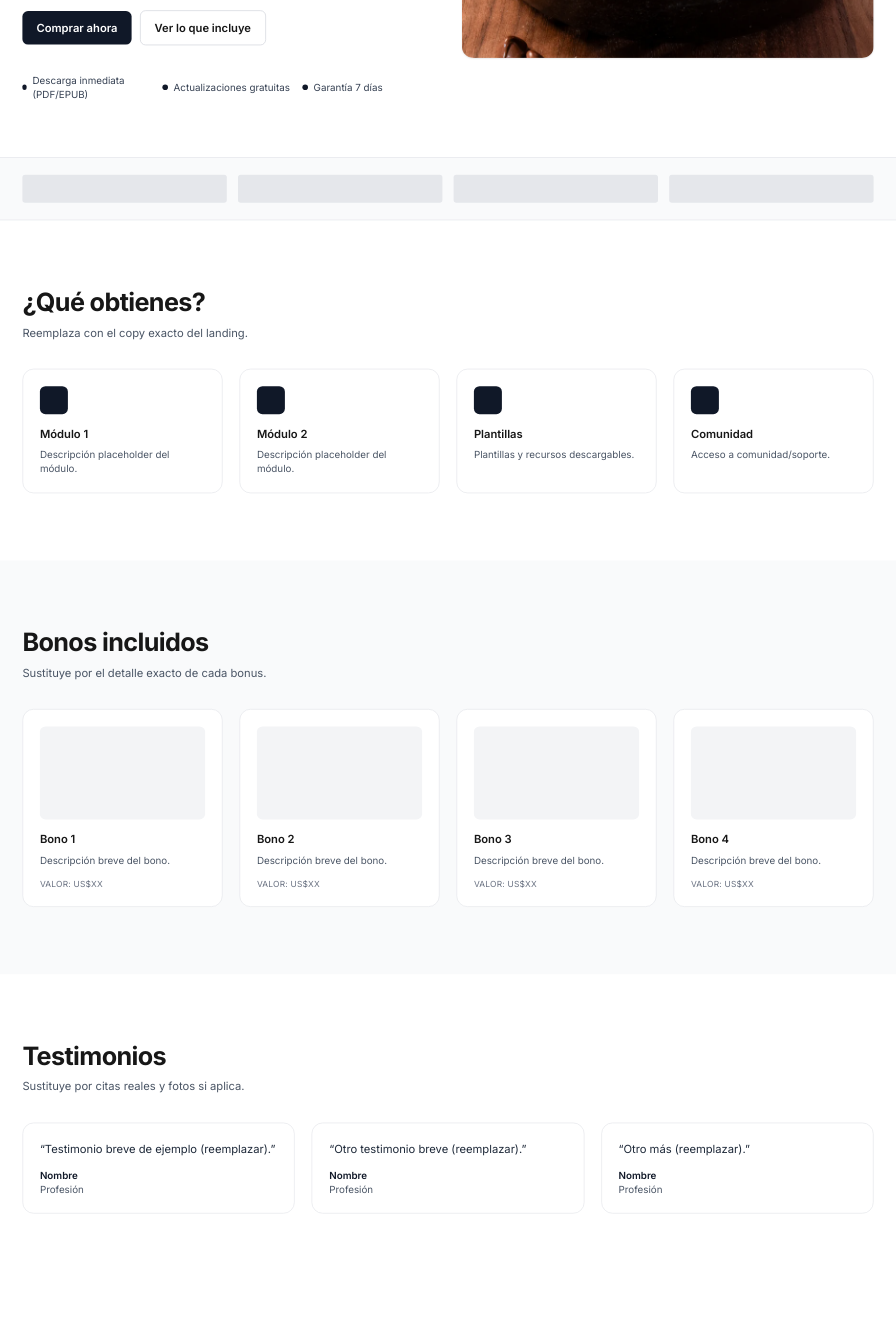
Repository: sazaba/pdfalzate
Page: /
An editor plug-in stored every save of this project. The page is shown before and after the next save, followed by the edit.
The browser window is 1280 px wide. The pictures show the part of the page from y = 564 to 2484 px (the page is 3849 px tall before and 3833 px after), at 70% of full size.
The project was rebuilt for these pictures with package versions that can differ from the ones it lists, and the page was loaded fresh each time. The framework's server and built-in components were replaced by stand-ins that run in the browser. Also part of the build but not shown: next.config.ts.

Above is the page before, as saved 2025-09-24 12:31:23.

After the next save:
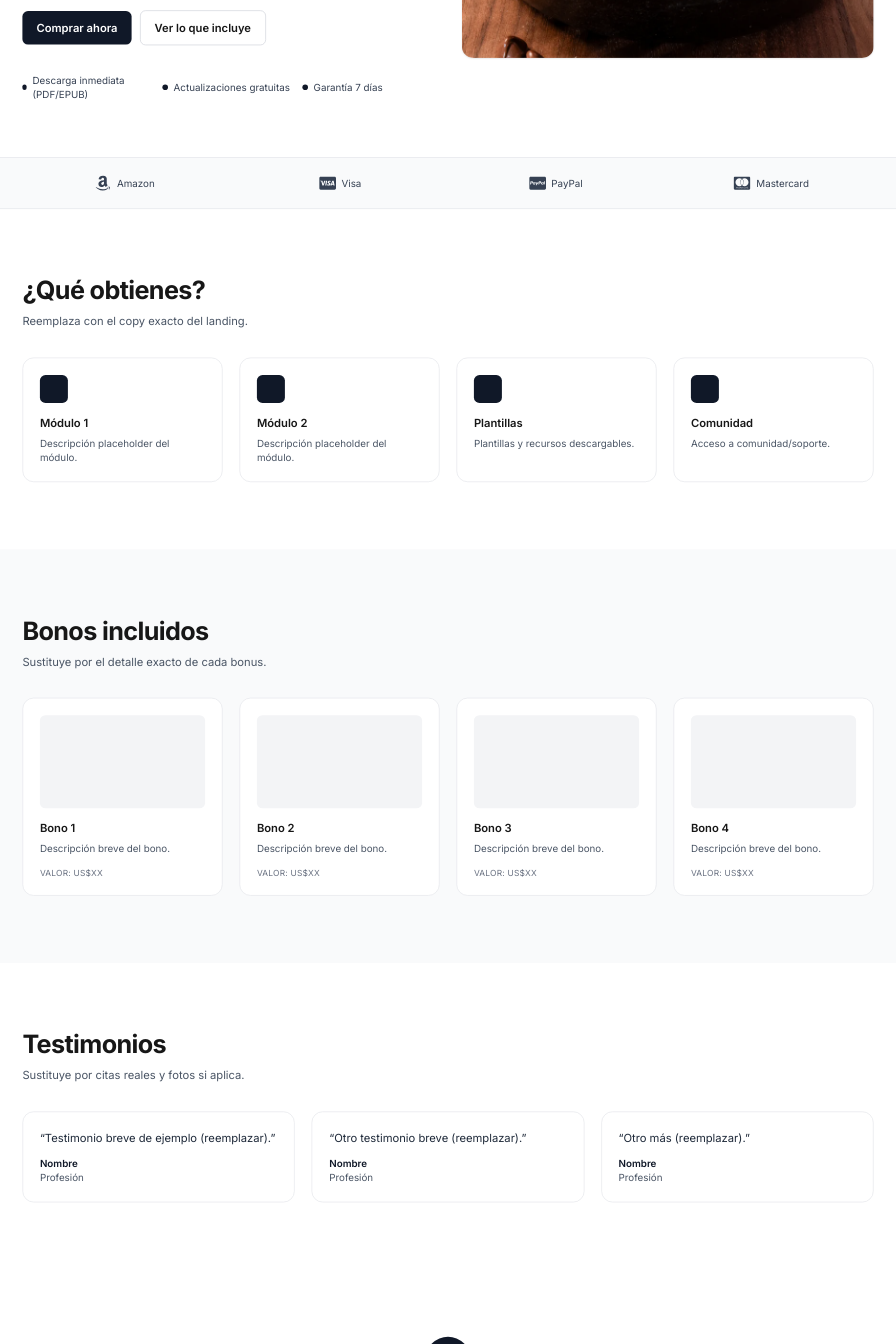
Saved 2 min 19 s later.
--- a/src/app/components/TrustBar.tsx
+++ b/src/app/components/TrustBar.tsx
@@ -1,13 +1,26 @@
+import { FaAmazon, FaCcVisa, FaCcPaypal, FaCcMastercard } from "react-icons/fa";
+
 export default function TrustBar() {
-    return (
-      <section className="border-y border-gray-200 bg-gray-50">
-        <div className="mx-auto max-w-7xl px-4 sm:px-6 lg:px-8 py-6 grid grid-cols-2 sm:grid-cols-4 gap-4 text-center text-sm text-gray-600">
-          {/* Reemplaza estos divs por logos reales */}
-          <div className="h-10 bg-gray-200 rounded" />
-          <div className="h-10 bg-gray-200 rounded" />
-          <div className="h-10 bg-gray-200 rounded" />
-          <div className="h-10 bg-gray-200 rounded" />
+  return (
+    <section className="border-y border-gray-200 bg-gray-50">
+      <div className="mx-auto max-w-7xl px-4 sm:px-6 lg:px-8 py-6 grid grid-cols-2 sm:grid-cols-4 gap-4 text-center text-sm text-gray-600">
+        <div className="flex items-center justify-center gap-2 text-gray-700">
+          <FaAmazon className="text-2xl" />
+          <span className="hidden sm:inline">Amazon</span>
         </div>
-      </section>
-    );
-  }
+        <div className="flex items-center justify-center gap-2 text-gray-700">
+          <FaCcVisa className="text-2xl" />
+          <span className="hidden sm:inline">Visa</span>
+        </div>
+        <div className="flex items-center justify-center gap-2 text-gray-700">
+          <FaCcPaypal className="text-2xl" />
+          <span className="hidden sm:inline">PayPal</span>
+        </div>
+        <div className="flex items-center justify-center gap-2 text-gray-700">
+          <FaCcMastercard className="text-2xl" />
+          <span className="hidden sm:inline">Mastercard</span>
+        </div>
+      </div>
+    </section>
+  );
+}
